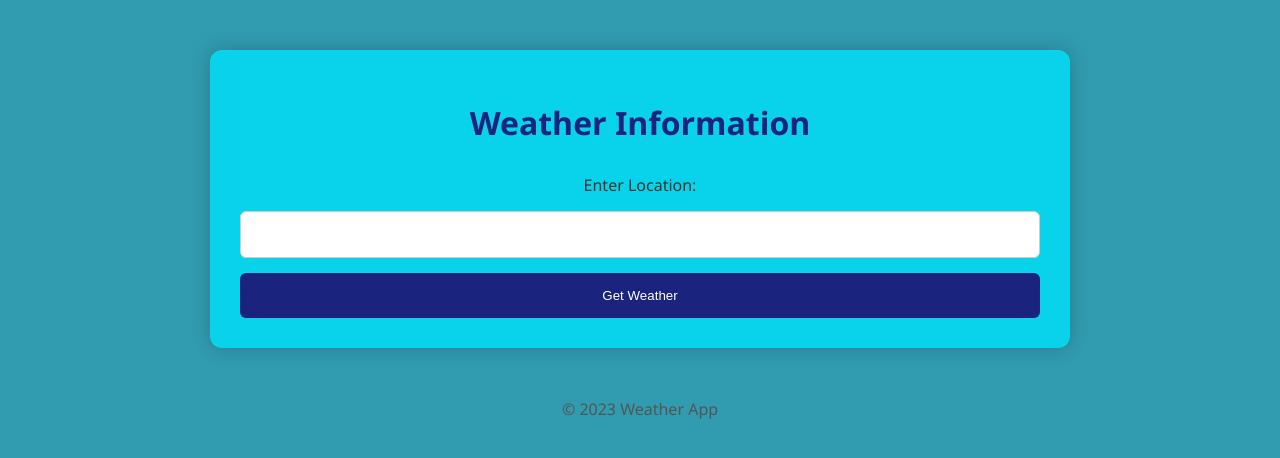
Repository: muke2110/weather
Page: http://localhost/
An editor plug-in stored every save of this project. The page is shown before and after a run of saves, followed by the edit.
The browser window is 1280 px wide. The pictures show the whole page.
The page is served by the project's Node server (app.js).

Above is the page before, as saved 2023-12-08 19:34:08.

After the next 3 saves:
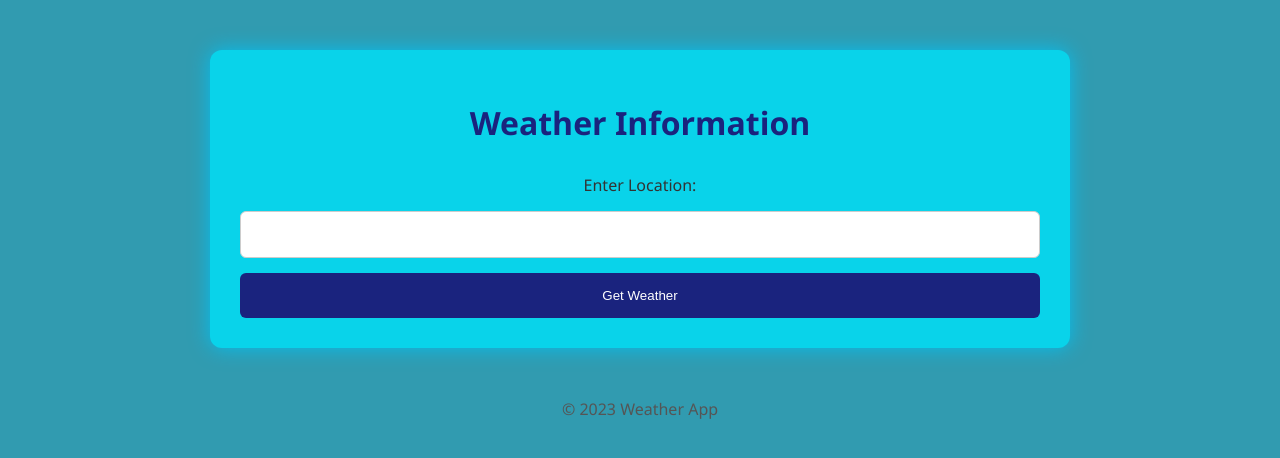
The 3 saves are shown as one change because they came seconds apart.
The last was saved 47 s later.
--- a/public/styles.css
+++ b/public/styles.css
@@ -13,7 +13,7 @@ body {
     background-color: #09d3ea;
     padding: 30px;
     border-radius: 12px; /* Rounded corners */
-    box-shadow: 0 0 20px rgba(0, 0, 0, 0.2);
+    box-shadow: 0 0 20px rgb(5, 191, 238);
 }
 
 h1 {
